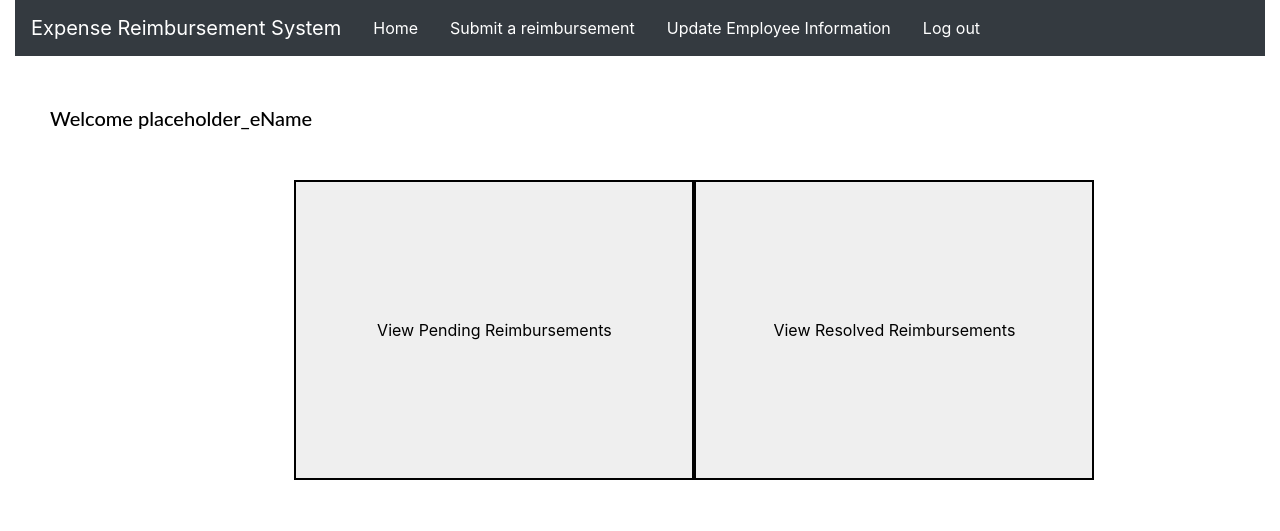
Repository: Trevormulrenin/ers-app
Page: ers-app/src/main/webapp/html/employee_home.html
The author's editor kept a copy of each file at every save. The page is drawn from the files as they stood at one save, then again after the next save.
The browser window is 1280 px wide. The pictures show the whole page.

Above is the page before, as saved 2021-04-01 16:06:42.

### ers-app/src/main/webapp/html/employee_home.html
<!DOCTYPE html>
<html>
<head>
	<meta charset="UTF-8">
	<meta name="viewport" content="width=device-width, initial-scale=1.0">

	<link rel="stylesheet" href="https://stackpath.bootstrapcdn.com/bootstrap/4.3.1/css/bootstrap.min.css" integrity="sha384-ggOyR0iXCbMQv3Xipma34MD+dH/1fQ784/j6cY/iJTQUOhcWr7x9JvoRxT2MZw1T" crossorigin="anonymous">
 	<link rel="stylesheet" type="text/css" href="../css/style.css">

<title>Expense Reimbursement System</title>
</head>
<style>
#pending-reimbursement, #resolved-reimbursement {
	border: 2px solid black;
	color: black;
	text-align:center;
	height: 300px;
	width: 400px;
	position: relative;
    top:50%;
    left: 23%;
    display: inline-block;
}

#pending-reimbursement {
	float: left;
}

#resolved-reimbursement:hover {
	background-color: gray;
	color:white;
}

#pending-reimbursement:hover {
	background-color: gray;
	color:white;
}

#welcome-message {
	font-size: 10px;
	top:20%;
}
</style>
<body>
	<div class="container-fluid">
		<nav class="navbar navbar-expand-lg navbar-dark bg-dark">
			<a class="navbar-brand" href="http://localhost:9731/ers-app/EmployeeHomeServlet">Expense Reimbursement System</a>
				<a class="nav-item nav-link" href="http://localhost:9731/ers-app/EmployeeHomeServlet">Home</a>
				<a class="nav-item nav-link" href="html/reimbursement_home.html">Submit a reimbursement</a>
				<a class="nav-item nav-link" href="html/employee_info.html">Update Employee Information</a>

			<div class="nav-list-right" id="navbar-menu-right">
				<a class="nav-item nav-link" href="html/logout.html">Log out</a>
			</div>

		</nav>
	</div>


	<div id="welcome-message">
		<h1 style="font-size: 20px; text-align: left; top:65%; left:20%;">Welcome placeholder_eName</h1>
	</div>

	<div id="reimbursement-body">

	<form action="../ers-app/ViewPendingReimbursements" method="get">
		<button type="submit" class="button" id="pending-reimbursement" >View Pending Reimbursements</button>
	</form>
	<form action="../ers-app/ViewResolvedReimbursementsServlet" method="get">
		<button type="submit" id="resolved-reimbursement" class="button">View Resolved Reimbursements</button>
	</form>

	</div>

	<script type="text/javascript">
		var button = document.getElementById('reimbursement-body');
		button.addEventListener('click', function() { button.style.display = 'none'; });
	</script>

</body>


</html>

### ers-app/src/main/webapp/css/style.css
@charset "UTF-8";

#navbar-menu-right{
	text-decoration: none;
	color: black;
}

.nav-item, .nav-item-active, .nav-list-right {
		color: white;
		border: 1px;
		border-color:white;
	}

h1 {
	text-align: center;
    font-family: Lato;
    color: Black;
    font-size: 40px;
    margin: 50px;
}

p {
	text-align: center;
    font-family: Lato;
	color: Black;
	font-size: 15px;
}

h2 {
	text-align: center;
    font-family: Lato;
    color: Black;
    font-size: 40px;
    margin: 25px;
}

#enter-credentials {
	text-align: center;
    font-family: Lato;
	color: Black;
	font-size: 20px;
}


#pending-reimbursement, #resolved-reimbursement {
	border: 2px solid black;
	color: black;
	text-align:center;
	height: 300px;
	width: 400px;
    top:30%;
    left:10%;
/*     display: flex; */
/* 	justify-content: space-evenly; */
}

#pending-reimbursement {
	float: left;
}

#resolved-reimbursement:hover {
	background-color: gray;
	color:white;
}

#pending-reimbursement:hover {
	background-color: gray;
	color:white;
}

#pending-table, #resolved-table {
	padding: 10px;
	margin-left: auto;
	margin-right: auto;
	margin-top:20%;
	border: 2px solid black;
	border-collapse: collapse;
	border-left: 2px solid black;
	border-bottom: 2px solid black;
	border-spacing: 10px;
}

.nav-item, .nav-item-active, .nav-list-right {
/* 		text-decoration: none; */
		color: white;
		border: 1px;
		border-color:white;
	}

th, tr {
	border: 2px;
}

#log-in-button {
	text-align: center;
}

.login {
	border: 2px solid black;
	content: 5px;
	width: auto;
	text-align: center;
	padding: 5px;
	margin: auto;
	box-shadow: white;
}

#update-table {
	width: "100%";
	padding: 2px;
	margin-top: 5px;
	margin-bottom: 0px;
	margin-left: auto;
	margin-right: auto;
	border: 1px solid black;
	border-collapse: separate;
	border-spacing: 2px;
}

#view-employees {
	width: "100%";
	padding: 2px;
	margin-top: 5px;
	margin-bottom: 0px;
	margin-left: auto;
	margin-right: auto;
	border: 1px solid black;
	border-collapse: separate;
	border-spacing: 2px;
}

#reimbursement-table {
	width: "100%";
	padding: 2px;
	margin-top: 5px;
	margin-bottom: 0px;
	margin-left: auto;
	margin-right: auto;
	border: 1px solid black;
	border-collapse: separate;
	border-spacing: 2px;
}

.log-in-button {
	text-align: center;
	margin-top: 10px;
}

After the next save:
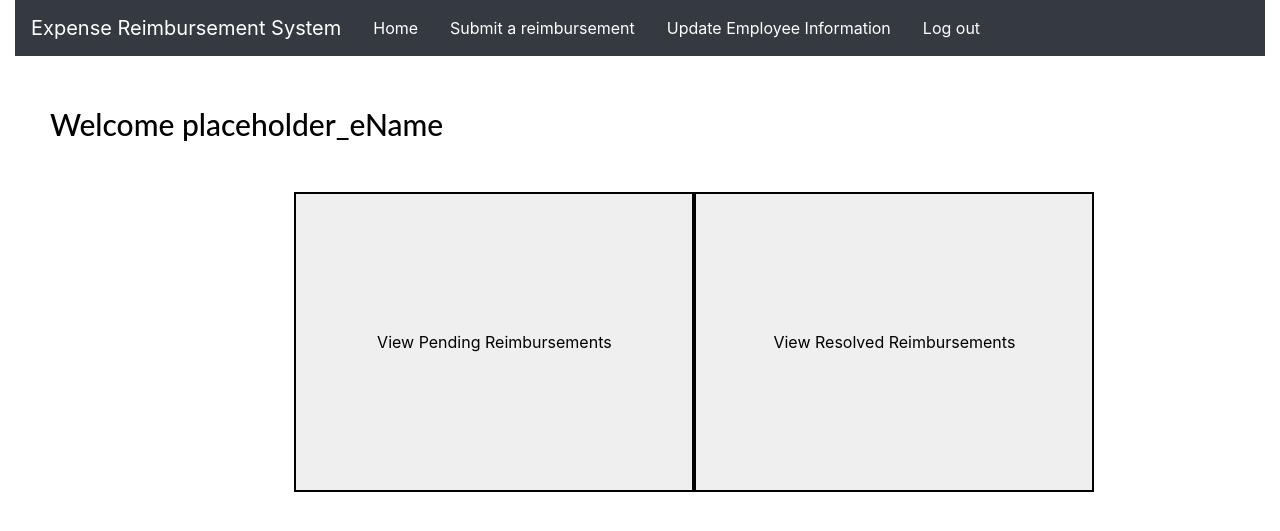
Saved 38 s later.
--- a/ers-app/src/main/webapp/html/employee_home.html
+++ b/ers-app/src/main/webapp/html/employee_home.html
@@ -58,7 +58,7 @@
 
 
 	<div id="welcome-message">
-		<h1 style="font-size: 20px; text-align: left; top:65%; left:20%;">Welcome placeholder_eName</h1>
+		<h1 style="font-size: 30px; text-align: left; top:65%; left:20%;">Welcome placeholder_eName</h1>
 	</div>
 
 	<div id="reimbursement-body">
